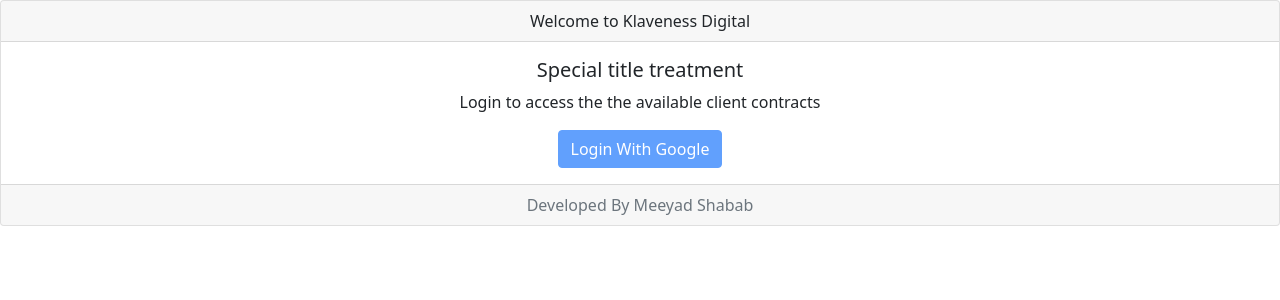
Repository: mmshabab90/klavenesstask
Page: / (app in client/)
An editor plug-in stored every save of this project. The page is shown before and after the next save, followed by the edit.
The browser window is 1280 px wide. The pictures show the whole page.
The project was rebuilt for these pictures with package versions that can differ from the ones it lists, and the page was loaded fresh each time. Also part of the build but not shown: client/src/App.css.

Above is the page before, as saved 2021-11-02 15:18:32.

### client/src/index.js
import React from "react";
import ReactDOM from "react-dom";
import { Provider } from "react-redux";
import App from "./App";
import store from "./app/store";

ReactDOM.render(
  <Provider store={store}>
    <App />
  </Provider>,

  document.getElementById("root")
);

### client/src/App.js
import React from "react";
import "./App.css";
import "bootstrap/dist/css/bootstrap.min.css";
import Homepage from "./Components/Homepage";

export default function App() {
  return (
    <div className="App">
      <Homepage />
    </div>
  );
}

### client/src/Components/Homepage.js
import React from "react";
import GoogleLogin from "react-google-login";
import { Button, Card } from "react-bootstrap";

export default function Homepage() {
  const login = (response) => {
    console.log(response);
  };

  return (
    <div className="home__page">
      <Card className="text-center">
        <Card.Header>Welcome to Klaveness Digital</Card.Header>
        <Card.Body>
          <Card.Title>Special title treatment</Card.Title>
          <Card.Text>
            Login to access the the available client contracts
          </Card.Text>
          <GoogleLogin
            clientId=""
            render={(renderProps) => (
              <Button
                onClick={renderProps.onClick}
                disabled={renderProps.disabled}
                className="login__button"
              >
                Login With Google
              </Button>
            )}
            onSuccess={login}
            onFailure={login}
            isSignedIn={true}
            cookiePolicy={"single_host_origin"}
          />
        </Card.Body>
        <Card.Footer className="text-muted">
          Developed By Meeyad Shabab
        </Card.Footer>
      </Card>
    </div>
  );
}

### client/src/features/userSlice.js
/* holds all info about user
 *  data is displayed only when there is a user
 * using userSLice equivalent to user reducer */
import { createSlice } from "@reduxjs/toolkit";

const userSlice = createSlice({
  name: "user",
  initialState: {
    isSignedIn: false,
    userData: null,
    searchInput: "",
    data: null,
  },
  reducers: {
    setSignedIn: (state, action) => {
      state.setSignedIn = action.payload;
    },
    setUserData: (state, action) => {
      state.userData = action.payload;
    },
    setSearchInput: (state, action) => {
      state.searchInput = action.payload;
    },
    setData: (state, action) => {
      state.data = action.payload;
    },
  },
});

export const { setSignedIn, setUserData, setSearchInput, setData } =
  userSlice.actions;

export const selectSignedIn = (state) => state.user.isSignedIn;
export const selectUserData = (state) => state.user.userData;
export const selectSearchInput = (state) => state.user.searchInput;
export const selectData = (state) => state.user.data;

export default userSlice.reducer;

Loaded but not shown: client/public/index.html (common file); client/src/app/store.js (common file)

After the next save:
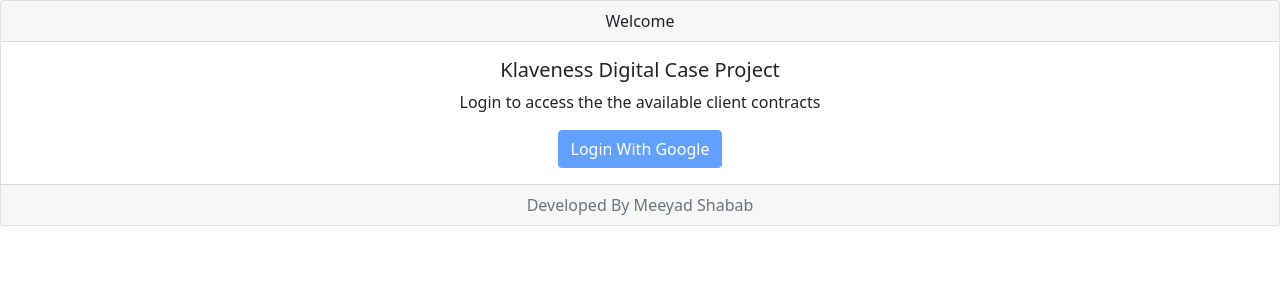
Saved 33 s later.
--- a/client/src/Components/Homepage.js
+++ b/client/src/Components/Homepage.js
@@ -10,9 +10,9 @@ export default function Homepage() {
   return (
     <div className="home__page">
       <Card className="text-center">
-        <Card.Header>Welcome to Klaveness Digital</Card.Header>
+        <Card.Header>Welcome</Card.Header>
         <Card.Body>
-          <Card.Title>Special title treatment</Card.Title>
+          <Card.Title>Klaveness Digital Case Project</Card.Title>
           <Card.Text>
             Login to access the the available client contracts
           </Card.Text>
